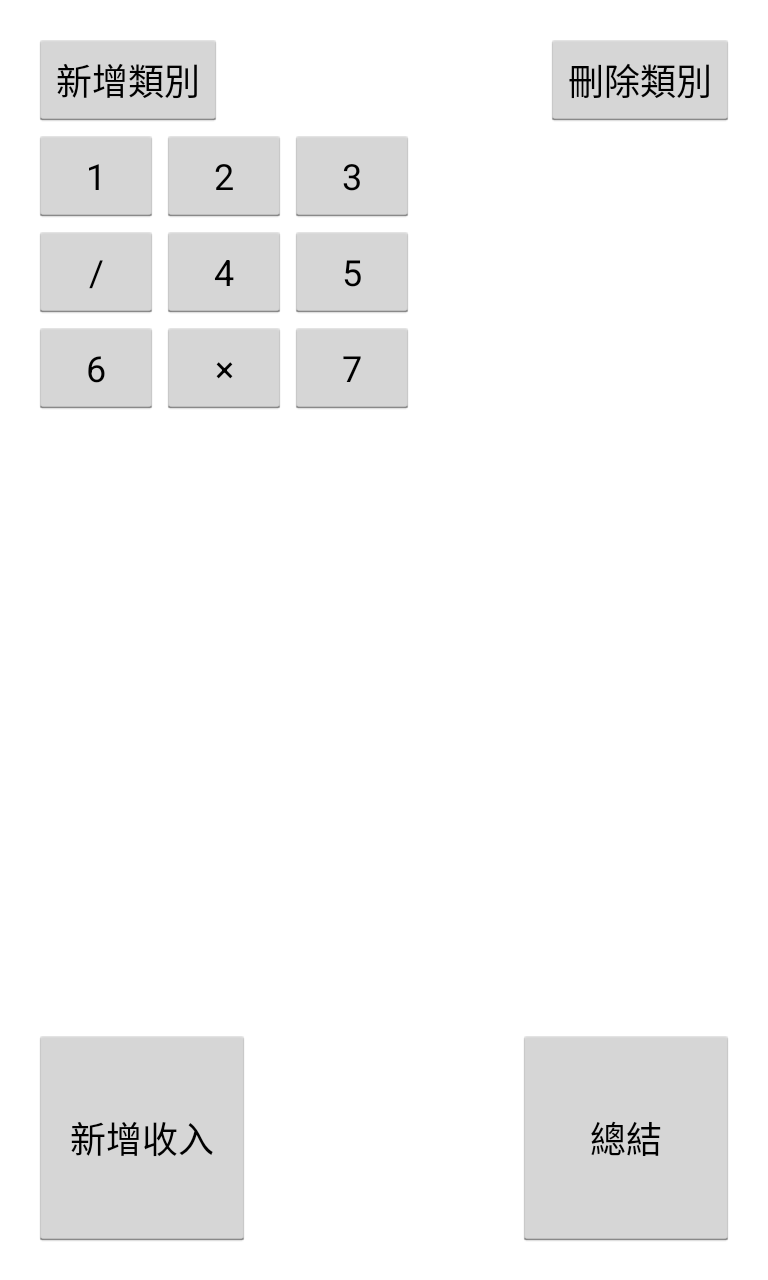
Repository: rayyrayy/Android-app-project
Layout: flashaccounting/easy money manager/res/layout/activity_main.xml
The author's editor kept a copy of each file at every save. The layout is drawn from the files as they stood at one save, then again after the next save.
It is drawn on a 768 x 1280 px phone screen (xhdpi) without system bars, with theme AppTheme; the app's code is not run.

Above is the layout before, as saved 2014-10-16 10:21:23.

After the next save:
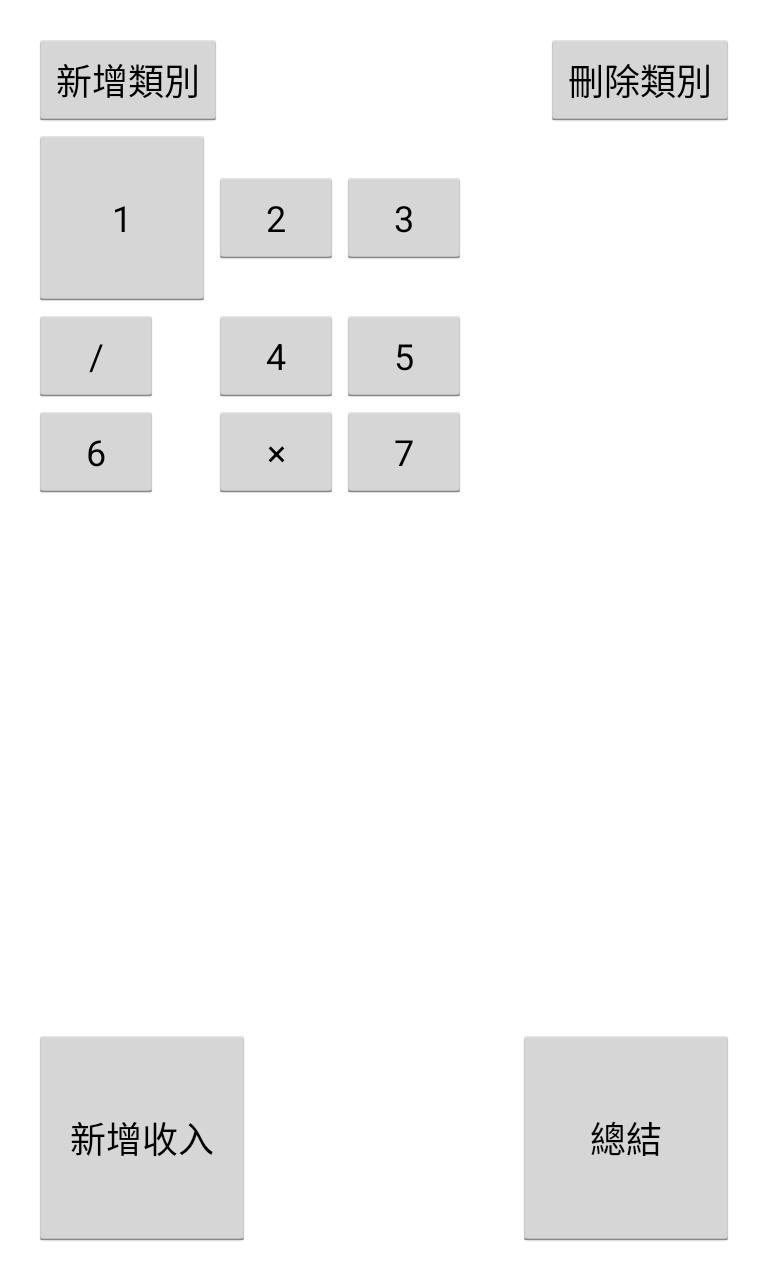
Saved 34 s later.
--- a/flashaccounting/easy money manager/res/layout/activity_main.xml
+++ b/flashaccounting/easy money manager/res/layout/activity_main.xml
@@ -53,7 +53,9 @@
 
 　　<Button
         android:id="@+id/one"
-        android:text="1"/>
+        android:text="1"
+        android:width="90dp"
+        android:height="90dp"/>
 　　<Button
         android:id="@+id/two"
         android:text="2"/>
